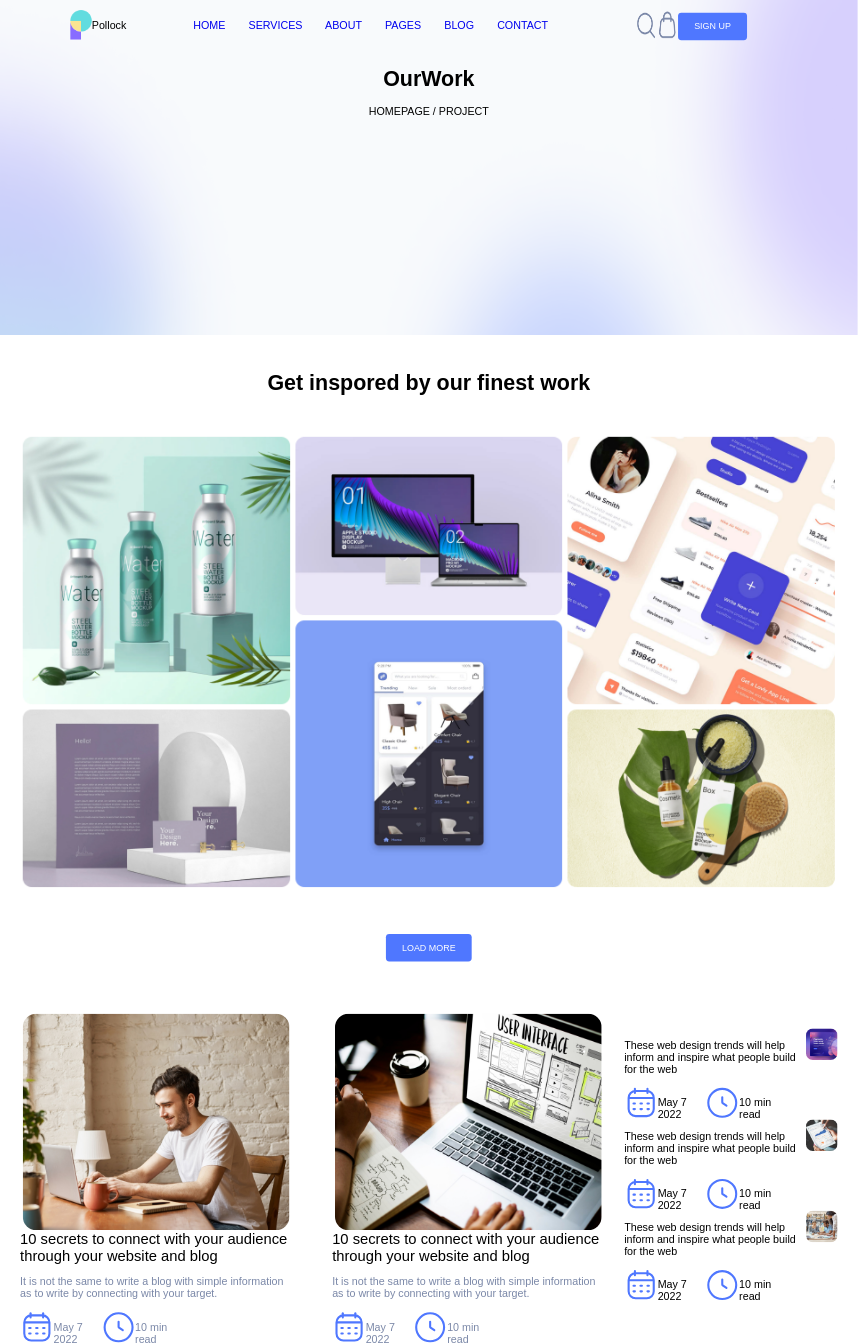
Repository: Nam936/exercises
Page: demo.html
These files come from the project's save history. The page is drawn as it stood at one moment and after a run of saves; the edit follows.
The browser window is 1280 px wide. The pictures show the whole page, at 67% of full size.

Above is the page before, as saved 2023-01-06 16:40:35.

### demo.html
<!DOCTYPE html>
<html lang="en">

<head>
  <meta charset="UTF-8">
  <meta http-equiv="X-UA-Compatible" content="IE=edge">
  <meta name="viewport" content="width=device-width, initial-scale=1.0">
  <title>Pollock</title>
  <link rel="stylesheet" href="style2.css">
</head>

<body>
  <div id="wrap">
    <div class="bg-header">
      <div class="container">
        <div class="header">
          <div class="menu-header">
            <div class="logo-header">
              <div class="img-logo">
                <img src="/img/Frame_header.png" alt="logo">
              </div>
              <p class="txt_header">Pollock</p>
            </div>
            <div class="header-midd">
              <a href="#">HOME</a>
              <a href="#">SERVICES</a>
              <a href="#">ABOUT</a>
              <a href="#">PAGES</a>
              <a href="#">BLOG</a>
              <a href="#">CONTACT</a>
            </div>
            <div class="header-right">
              <div class="search">
                <img class="search" src="/img/Iconex/Search_header.png" alt="">
              </div>
              <div class="cart">
                <img class="cart" src="/img/Iconex/Bag_header.png" alt="">
              </div>
              <div class="btn-sig">
                <button>SIGN UP</button>
              </div>
            </div>
          </div>
        </div>
        <div class="txt-ct">
          <h1>OurWork</h1>
          <p>HOMEPAGE / PROJECT</p>
        </div>
      </div>
    </div>

    <div class="main">
      <div class="header-main">
        <h1>Get inspored by our finest work</h1>
      </div>
      <div class="row">
        <div class="column">
          <img src="/img/main_img/1.png" alt="">
          <img src="/img/main_img/2.png" alt="">
        </div>
        <div class="column">
          <img src="/img/main_img/3.png" alt="">
          <img src="/img/main_img/4.png" alt="">
        </div>
        <div class="column">
          <img src="/img/main_img/5.png" alt="">
          <img src="/img/main_img/6.png" alt="">
        </div>
      </div>
      <div class="btn-main">
        <a href="#"><button>LOAD MORE</button></a>
      </div>
    </div>

    <!-- <div class="client">
      <div class="tit-client">
        <h2>What our clients are saying about us</h2>
        <p>Customer satisfaction is a primary goal for our company</p>
      </div>
      <div class="slide-container">
        <div class="slide">
          <div class="card">
            <div class="content">
              <div class="avatar">
                <img src="/img/avatar/avatar-1.svg" alt="">
              </div>
              <div class="title-card">
                <span>Monica Smith</span>
                <p>Brand & Co</p>
              </div>
              <div class="desc-card">
                <span>Amazing!!</span>
                <p>Overall experience is awesome!! I'm a visual thinker, and I couldn't function without a tool like
                  this.</p>
              </div>
            </div>
          </div>
          <div class="card">
            <div class="content">
              <div class="avatar">
                <img src="/img/avatar/avatar-2.svg" alt="">
              </div>
              <div class="title-card">
                <span>Monica Smith</span>
                <p>Brand & Co</p>
              </div>
              <div class="desc-card">
                <span>Amazing!!</span>
                <p>Overall experience is awesome!! I'm a visual thinker, and I couldn't function without a tool like
                  this.</p>
              </div>
            </div>
          </div>
          <div class="card">
            <div class="content">
              <div class="avatar">
                <img src="/img/avatar/avatar-3.svg" alt="">
              </div>
              <div class="title-card">
                <span>Monica Smith</span>
                <p>Brand & Co</p>
              </div>
              <div class="desc-card">
                <span>Amazing!!</span>
                <p>Overall experience is awesome!! I'm a visual thinker, and I couldn't function without a tool like
                  this.</p>
              </div>
            </div>
          </div>
        </div>
      </div>
    </div>

    <div class="recent-project-wrap">
      <div class="recent-container">
        <div class="recent-project">
          <div class="recent-title">
            <p>Recent projects</p>
          </div>
          <div class="btn-slide">
            <img src="/img/Iconex/Left.svg" alt="">
            <img src="/img/Iconex/Right.svg" alt="">
          </div>
        </div>
        <div class="card-row">
          <div class="card-column"><img src="/img/Img1.png" alt=""></div>
          <div class="card-column"><img src="/img/Img2.png" alt=""></div>
          <div class="card-column"><img src="/img/Img3.png" alt=""></div>
        </div>
      </div>
    </div> -->

    <div class="blog">
      <!-- <div class="blog-content">
        <div class="tit">
          <p>We will keep you up to date and give you tips to help you optimise your company</p>
        </div>
      </div> -->
      <div class="big-new">
        <div class="big-new-cont">
          <div class="big-content-1">
            <div class="big-img">
              <img src="/img/Rectangle 66.png" alt="">
            </div>
            <div class="blog-desc">
              <div class="blog-tit">
                <span class="tit-blog-tit">10 secrets to connect with your audience through your website and blog</span>
                <p>It is not the same to write a blog with simple information as to write by connecting with your
                  target.
                </p>
              </div>
              <div class="blog-date">
                <img src="/img/Iconex/Calendar.svg" alt="">
                <p>May 7 2022</p>
              </div>
              <div class="time">
                <img src="/img/Iconex/Time Circle.svg" alt="">
                <p>10 min read</p>
              </div>
            </div>
          </div>
          <div class="big-content-2">
            <div class="big-img">
              <img src="/img/Rectangle 66_2.png" alt="">
            </div>
            <div class="blog-desc">
              <div class="blog-tit">
                <span class="tit-blog-tit">10 secrets to connect with your audience through your website and blog</span>
                <p>It is not the same to write a blog with simple information as to write by connecting with your
                  target.
                </p>
              </div>
              <div class="blog-date">
                <img src="/img/Iconex/Calendar.svg" alt="">
                <p>May 7 2022</p>
              </div>
              <div class="time">
                <img src="/img/Iconex/Time Circle.svg" alt="">
                <p>10 min read</p>
              </div>
            </div>
          </div>
        </div>
      </div>


      <div class="blog-thumbnail">
        <div class="thumbnail">
          <div class="thumb">
            <p>These web design trends will help inform and inspire what people build for the web</p>
            <div class="day">
              <div class="blog-date">
                <img src="/img/Iconex/Calendar.svg" alt="">
                <p>May 7 2022</p>
              </div>
              <div class="time">
                <img src="/img/Iconex/Time Circle.svg" alt="">
                <p>10 min read</p>
              </div>
            </div>
          </div>
          <div class="thumb-img">
            <img src="/img/thumb1.png" alt="">
          </div>
        </div>
        <div class="thumbnail">
          <div class="thumb">
            <p>These web design trends will help inform and inspire what people build for the web</p>
            <div class="day">
              <div class="blog-date">
                <img src="/img/Iconex/Calendar.svg" alt="">
                <p>May 7 2022</p>
              </div>
              <div class="time">
                <img src="/img/Iconex/Time Circle.svg" alt="">
                <p>10 min read</p>
              </div>
            </div>
          </div>
          <div class="thumb-img">
            <img src="/img/thumb2.png" alt="">
          </div>
        </div>
        <div class="thumbnail">
          <div class="thumb">
            <p>These web design trends will help inform and inspire what people build for the web</p>
            <div class="day">
              <div class="blog-date">
                <img src="/img/Iconex/Calendar.svg" alt="">
                <p>May 7 2022</p>
              </div>
              <div class="time">
                <img src="/img/Iconex/Time Circle.svg" alt="">
                <p>10 min read</p>
              </div>
            </div>
          </div>
          <div class="thumb-img">
            <img src="/img/thumb3.png" alt="">
          </div>
        </div>
      </div>
    </div>
  </div>
</body>

</html>

### style2.css
* {
  box-sizing: border-box;
}

body {
  margin: 0;
  font-family: 'Outfit', sans-serif;
}

.bg-header {
  width: 100%;
  height: 500px;
  background-image: url(/img/Hero_background.png);
  background-size: 100% 100%;
}

.container {
  max-width: 1170px;
  margin: 0px auto;
  padding: 0px 15px;
  width: 100%;
}

/* .menu-header{
  overflow: hidden;
  padding: 20px 10px; */
/* }
.logo-header{
  float: left;
}
.logo-header{
  display: flex;
}
.logo-header img{
  max-width: 100%;
  float: left;
}
.img-logo{
  width: 32px;
  height: 44px;
  max-width: 100%;
}
.header-right{
  padding: 20px 10px;
}
.header-right a{
  float: left;
  display: block;
  text-align: center;
  padding: 14px 16px;
  text-decoration: none;
  font-size: 17px;
  /* padding: 12px;
  text-decoration: none;
  line-height: 20px;
  color: #7B88A8; */
}


/* .icon-header img {
  width: 24px;
  height: 24px;
}

.cart,.search{
  margin: 22px 20px;
}

button {
  display: inline;
  background-color: #4F77FF;
  border: 0px;
  border-radius: 5px;
  padding: 13px 24px;
  color: #fff;
}  */

/* @media screen and (max-width: 600px) {
  .menu-header a:not(:first-child) {display: none;}
  /* .menu-header a{
    float: right;
    display: block;
  }
}
*/
/* @media screen and (max-width: 500px) {
  .header a {
    float: none;
    display: block;
    text-align: left;
} */

/* .header-right {
    float: none;
} */

.header {
  display: flex;
}

.menu-header {
  display: flex;
  justify-content: space-around;
  align-items: center;
}

.menu-header img {
  width: 32px;
  height: 44px;
}

.logo-header{
  display: flex;
  align-items: center;
}



.txt-header {
  padding-left: 10px;
}

/* .lst-header ul {
  display: flex;
  list-style-type: none;
}

.lst-header ul li {
  margin: 22px 20px;
}

.lst-header a {
  text-decoration: none;
  color: #7B88A8;
}  */

.header-midd{
  padding: 30px 30px;
}
.header-midd a{
  text-decoration: none;
  margin-right: 30px;
}

.header-right{
  display: flex;
  align-items: center;
  width: 227px;
  height: 48px;
}

.icon-header img {
  width: 50%;
  width: 24px;
  height: 24px;
}
.cart{
  margin: ;
}

button {
  background-color: #4F77FF;
  border: 0px;
  border-radius: 5px;
  padding: 13px 24px;
  color: #fff;
}

.txt-ct {
  text-align: center;
}
@media screen and (max-width: 600px) {
  .header-right img{
    display: none;
  }
}
@media screen and (max-width: 600px) {
  .menu-header a:not(:first-child) {display: none;}
  .menu-header a{
    float: right;
    display: block;
  }
}







/* main */
.header-main{
  text-align: center;
  padding: 32px;
}

.row{
/* display: -ms-flexbox; IE10 */
/* -ms-flex-wrap: wrap; IE10 */
  display: flex;
  flex-wrap: wrap;
  padding: 0 30px;
  justify-content: center;
}

/* Create four equal columns that sits next to each other */
.column {
  /* -ms-flex: 25%; IE10 */
  flex: 25%;
  max-width: 50%;
  padding: 0 4px;
}

.column img {
  margin-top: 8px;
  vertical-align: middle;
  width: 100%;
}



.btn-main{
  text-align: center;
  padding: 70px;
}
.btn-main a{
  text-decoration: none;
}


@media screen and (max-width: 800px) {
  .column {
    /* -ms-flex: 50%; */
    flex: 50%;
    max-width: 50%;
  }
}

/* Responsive layout - makes the two columns stack on top of each other instead of next to each other */
@media screen and (max-width: 600px) {
  .column {
    /* -ms-flex: 100%; */
    flex: 100%;
    max-width: 100%;
  }
}

/* slide-card */
.client{
  background-color: #F8FAFC;
}
.tit-client{
  text-align: center;
  padding: 120px 0px 95px;
}
.tit-client p{
  color: #7B88A8;
}
.slide-container{

}
.slide{
  display: flex;
  justify-content: center;
  gap: 30px;
}
.card{
  width: 350px;
  height: 350px;
  border: 1px solid rgba(79, 119, 255, 0.2) ;
  border-radius: 20px;
  margin-bottom: 105px;
}
.content{
  text-align: center;
  padding: 35px 35.09px 45px 35px;
}
.avatar{

}
.title-card span{
  font-size:22px;
}
.title-card p{
  color: #7B88A8;
  font-size: 16px;
}
.desc-card span{
  font-size: 18px;
}
.desc-card p{
  display: -webkit-box;
  -webkit-box-orient: vertical;
  -webkit-line-clamp: 3;
  overflow: hidden;
  color: #7B88A8;
  font-size: 16px;
  line-height: 1.5;
}

/* recent */

.recent-project-wrap{

}
.recent-container{
  max-width: 1170px;
  margin: 0px auto;
  padding: 0px 15px;
  width: 100%;
}
.recent-project{
  display: flex;
  align-items: center;
}
.recent-title{

}
.btn-slide{

}
.card-row{
  display: flex;
  flex-wrap: wrap;
  padding: 0 30px;
  justify-content: center;
}
.card-column{
  flex: 25%;
  max-width: 50%;
  padding: 0 4px;
}
.card-column img{
  margin-top: 8px;
  /* vertical-align: middle; */
  width: 100%;
}


/* blog */

.blog{

  display: flex;
}
/* .blog-content{

}
.tit{

} */
.big-new{

}
.big-new-cont{
  display: flex;
  gap: 30px;
}
.big-content-1{
  padding: 0 30px;

}
.big-img{
  max-width: 100%;
  padding: 0 4px;
}
.big-img img{
  margin-top: 8px;
  vertical-align: middle;
  width: 100%;
  border-radius: 20px;
}
.blog-desc{
  display: flex;
  flex-wrap: wrap;
}
.blog-desc p{
  color: #7B88A8;
}
.blog-titp{

}
.tit-blog-tit{
  font-size: 22px;
}
.blog-date{
  display: flex;
  margin-right: 20px;
}
.time{
  display: flex;
}
.big-content-2{

}

.blog-thumbnail{
  display: flex;
  flex-direction: column;
  padding: 30px 30px;
}
.thumbnail{
  display: flex;
}
.thumb{
  display: -webkit-box;
    -webkit-box-orient: vertical;
    -webkit-line-clamp: 3;
    overflow: hidden;
}

.day{
  display: flex;
}
.thumb-img{
  width: 100px;
  height: 100px;
}
.thumb-img img{
  max-width: 100%;
  border-radius: 10px;
}
























/* html,
body {
  font-size: 16px;
  color: hsl(60, 58%, 0%);
}
body {
  padding: 20px;
  background-color: rgb(99, 232, 203);
}
h1 {
  font-size: 2rem;
  text-align: center;
}
.buttons {
  display: flex;
  flex-wrap: wrap;
  gap: 10px;
  margin: 40px 0;
}
button {
  padding: 10px;
  border-radius: 5px;
  border: 2px solid hsl(60, 58%, 17%);
  background-color: navajowhite;
}
.grid {
  display: grid;
  grid-template-columns: repeat(auto-fit, minmax(10rem, 1fr));
  grid-auto-rows: 10rem;
  grid-gap: 20px;
  margin: 40px 0;
}
.grid__item {
  background-color: hsl(40, 58%, 17%);
  border-radius: 5px;
}
.grid__item:nth-child(1),
.grid__item:nth-child(4) {
  background-color: hsl(10, 58%, 17%);
}
.grid__item:nth-child(2),
.grid__item:nth-child(6) {
  background-color: hsl(150, 58%, 17%);
}
.grid__item:nth-child(3),
.grid__item:nth-child(7) {
  background-color: hsl(200, 58%, 17%);
}
.grid__item:nth-child(4),
.grid__item:nth-child(8) {
  background-color: hsl(305, 58%, 17%);
} */
/* transition styles that would be animated */
/* .toggle-column {
  grid-template-columns: repeat(auto-fit, minmax(16rem, 1fr));
}
.toggle-row {
  grid-auto-rows: 16rem;
}
.toggle-gap {
  grid-gap: 40px;
} */

After the next 2 saves:
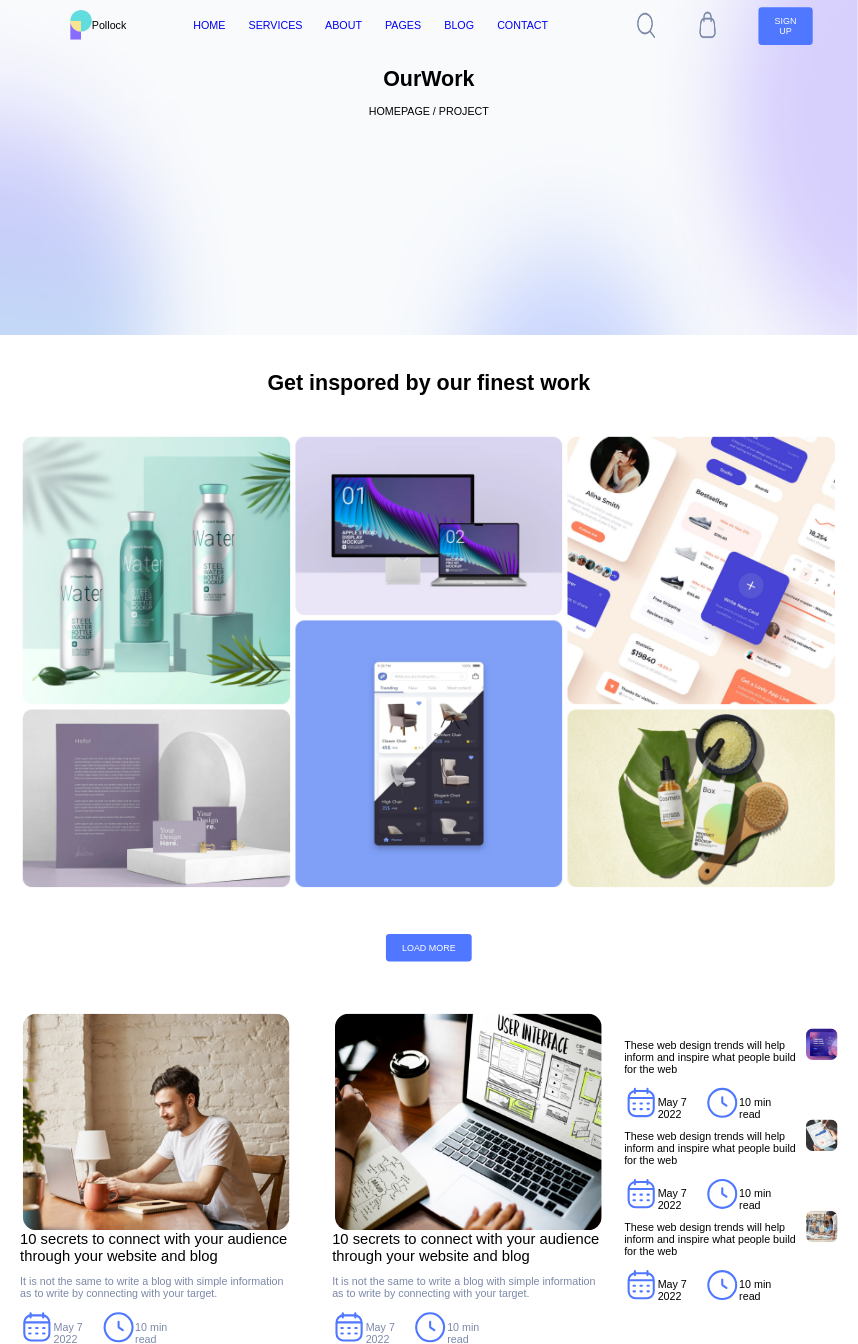
The 2 saves are shown as one change because they came seconds apart.
The last was saved 8 s later.
--- a/style2.css
+++ b/style2.css
@@ -155,7 +155,7 @@
   height: 24px;
 }
 .cart{
-  margin: ;
+  margin: 20px 30px;
 }
 
 button {

After the save that followed:
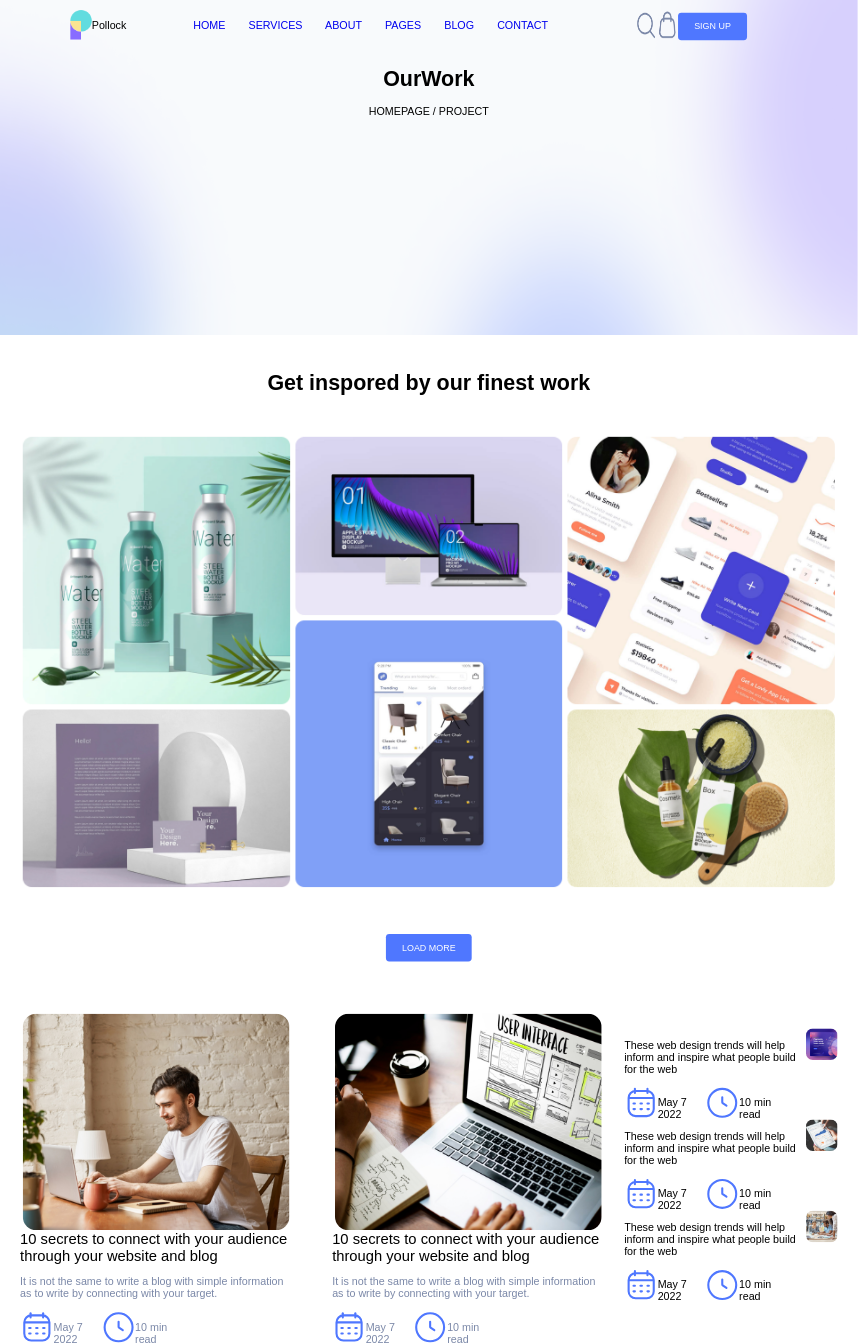
Saved 11 s later.
--- a/style2.css
+++ b/style2.css
@@ -155,7 +155,7 @@
   height: 24px;
 }
 .cart{
-  margin: 20px 30px;
+  margin:;
 }
 
 button {
